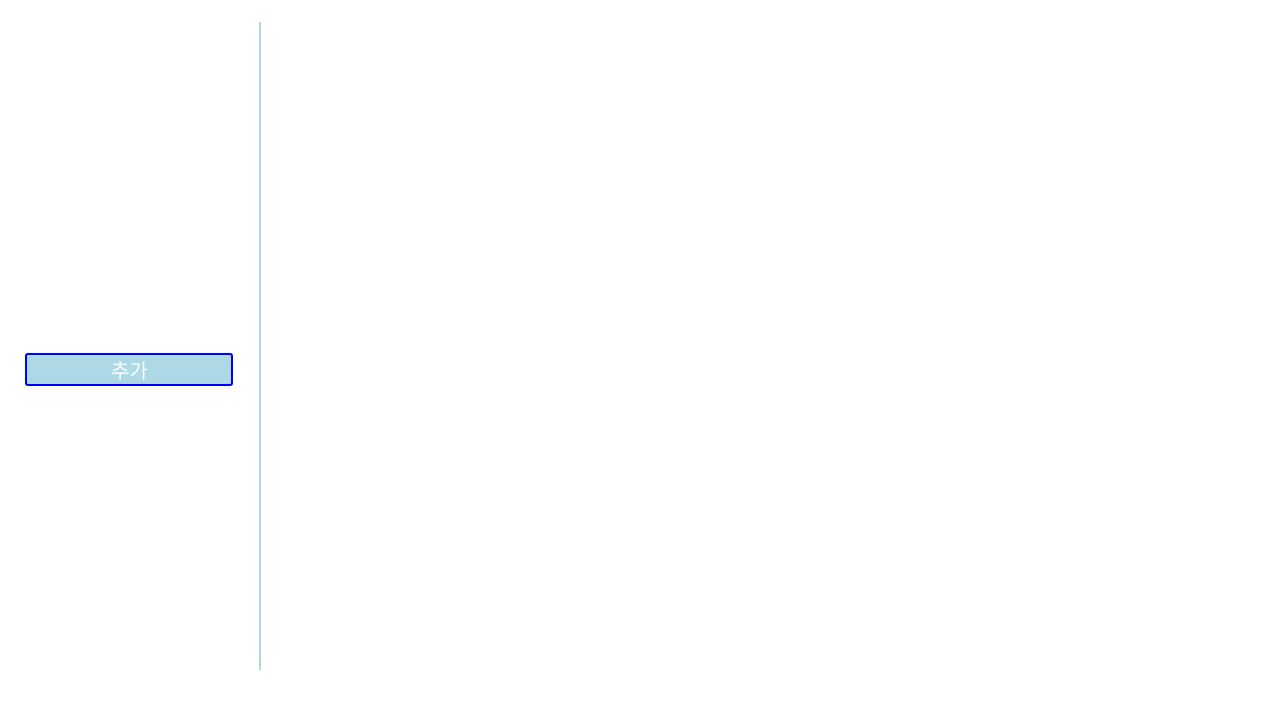
Repository: kKn00077/IOUSOFT
Page: http://localhost/Q2/bookmark.jsp
An editor plug-in stored every save of this project. The page is shown before and after the next save, followed by the edit.
The browser window is 1280 px wide. The pictures show the whole page.
The page is served by Tomcat 9. Queries for data that is not in the repository find no rows.

Above is the page before, as saved 2018-11-22 10:56:22.

After the next save:
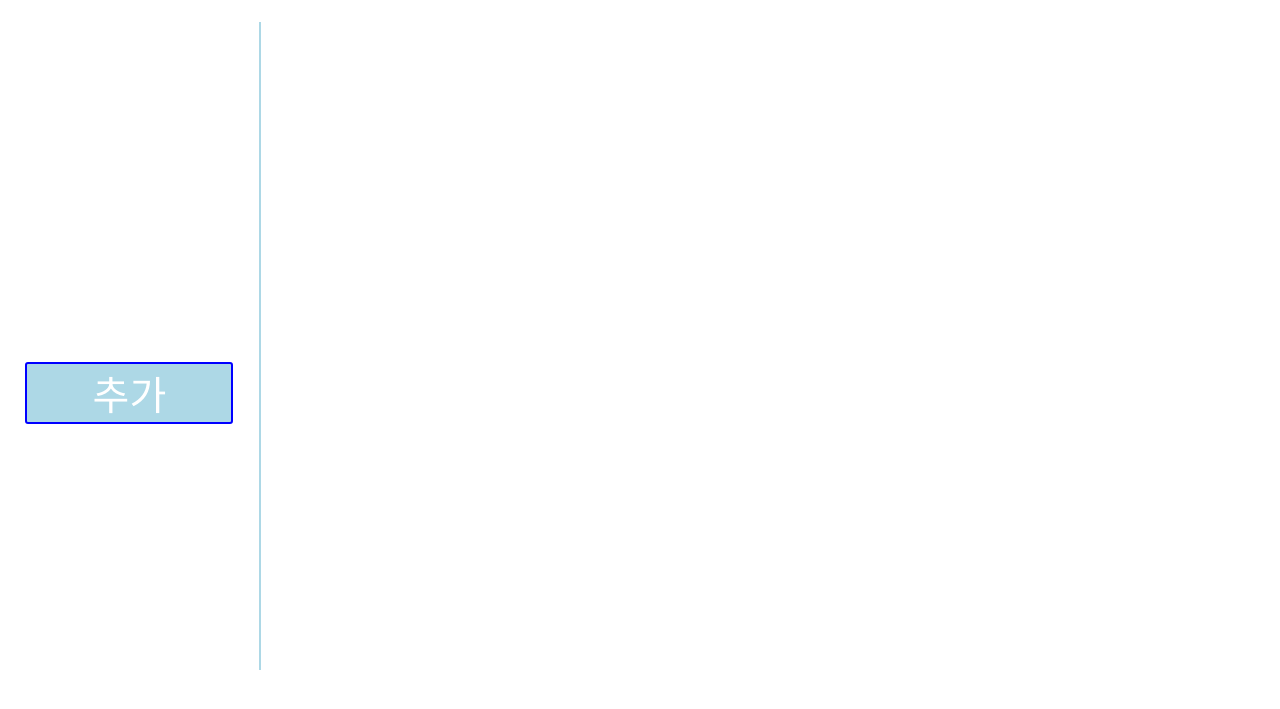
Saved 12 s later.
--- a/Q2/WebContent/but.css
+++ b/Q2/WebContent/but.css
@@ -1,6 +1,6 @@
 @charset "UTF-8";
 *{
-	font-size:20px;
+	font-size:40px;
 }
 
 #add_but{
